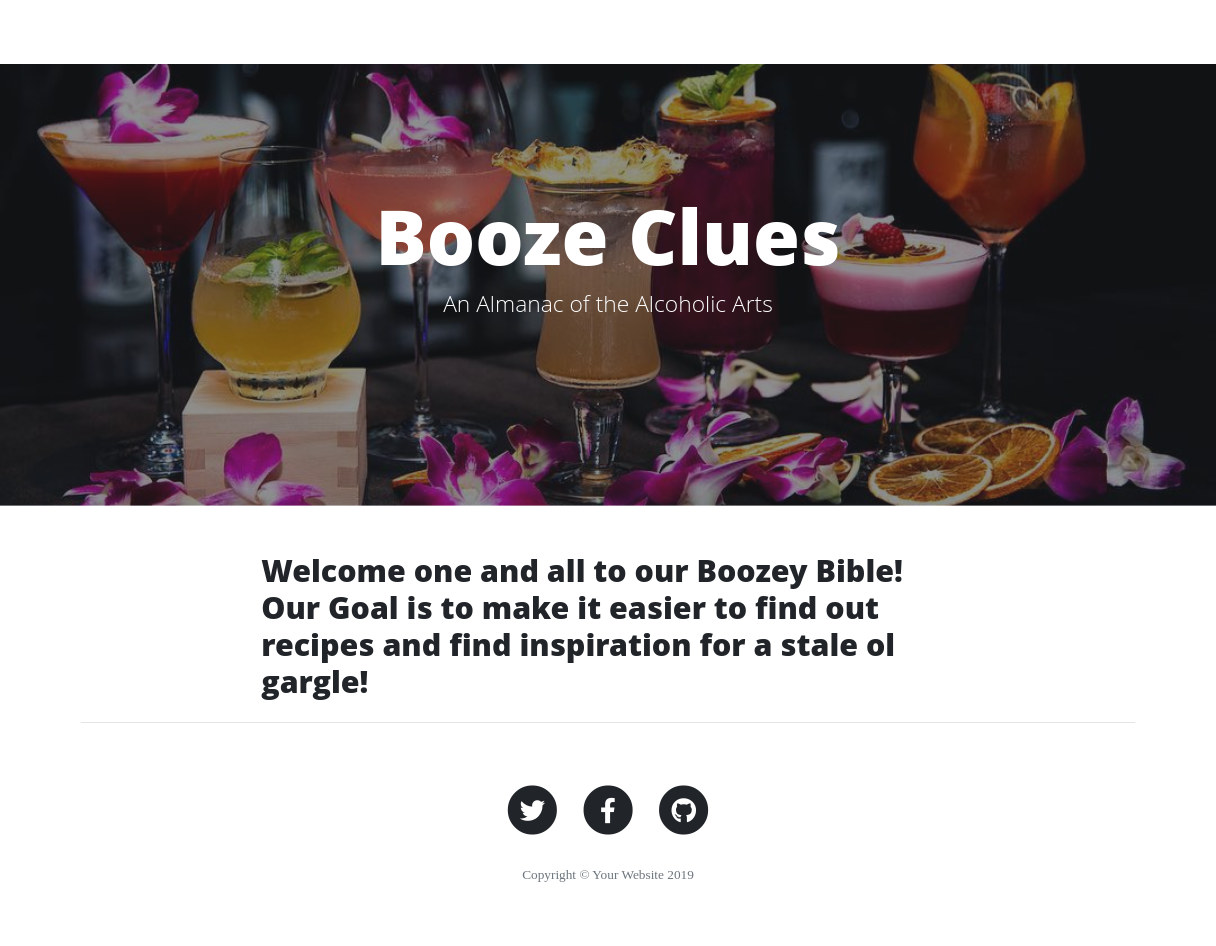
Repository: LiamB123/Booze-Clues
Page: http://localhost/
The author's editor kept a record of every edit. The page is drawn from the files as they stood at one moment, then again after the next edit.
The browser window is 1280 px wide. The pictures show the whole page, at 95% of full size.
Some web fonts or font styles are not loaded; a fallback is used. The page is served by the project's application, run on Flask 3 (app.py). Other server files are loaded and not shown.

Above is the page before.

### templates/home.html
{% extends "base.html" %}
{% block content %}
<div>
    Welcome one and all to our Boozey Bible!
    Our Goal is to make it easier to find out recipes and find inspiration for a stale ol gargle!
</div>


{% endblock %}

### templates/base.html
<!DOCTYPE html>
<html lang="en">

<head>
  <meta charset="UTF-8">
  <meta name="viewport" content="width=device-width, initial-scale=1.0">
  <meta http-equiv="X-UA-Compatible" content="ie=edge">
  <title> Booze Clues </title>

  <!-- Bootstrap core CSS -->
  <link href="{{url_for('static', filename='vendor/bootstrap/css/bootstrap.min.css')}}" rel="stylesheet">

  <!-- Custom fonts for this template -->
  <link rel="stylesheet" href="{{url_for('static', filename='css/style.css')}}" type="text/css" />
  <link href="{{url_for('static', filename='vendor/fontawesome-free/css/all.min.css')}}" rel="stylesheet" type="text/css">
  <link href="{{url_for('static', filename='https://fonts.googleapis.com/css?family=Lora:400,700,400italic,700italic')}}" rel='stylesheet' type='text/css'>
  <link href="{{url_for('static',filename='https://fonts.googleapis.com/css?family=Open+Sans:300italic,400italic,600italic,700italic,800italic,400,300,600,700,800')}}" rel='stylesheet' type='text/css'>

  <!-- Custom styles for this template -->
  <link href="{{url_for('static', filename='css/clean-blog.min.css') }}" rel="stylesheet">

  <body>


    <!-- Navigation -->
    <nav class="navbar navbar-expand-lg navbar-light fixed-top" id="mainNav">
      <div class="container">
        <a class="navbar-brand" href="{{url_for('home')}}"><i class="fas fa-cocktail"></i><i class="fas fa-search"></i></a>
        <button class="navbar-toggler navbar-toggler-right" type="button" data-toggle="collapse" data-target="#navbarResponsive" aria-controls="navbarResponsive" aria-expanded="false" aria-label="Toggle navigation">
        Menu
        <i class="fas fa-bars"></i>
      </button>
        <div class="collapse navbar-collapse" id="navbarResponsive">
          <ul class="navbar-nav ml-auto">
            <li class="nav-item">
              <a class="nav-link" href="{{url_for('home')}}">Home</a>
            </li>
            <li class="nav-item">
              <a class="nav-link" href="{{url_for('about')}}">About Us </a>
            </li>
            <li class="nav-item">
              <a class="nav-link" href="{{url_for('get_recipes')}}">Recipes!</a>
            </li>
            <li class="nav-item">
              <a class="nav-link" href="{{url_for('add_recipe')}}">Add to the collection!</a>
            </li>
          </ul>
        </div>
      </div>
    </nav>

    <!-- Page Header -->
    <header class="masthead"  style="background-image: url('static/img/Cocktail_Header.jpg')">
      <div class="overlay"></div>
      <div class="container">
        <div class="row">
          <div class="col-lg-8 col-md-10 mx-auto">
            <div class="site-heading">
              <h1>Booze Clues</h1>
              <span class="subheading">An Almanac of the Alcoholic Arts</span>
            </div>
          </div>
        </div>
      </div>
    </header>

    <!-- Main Content -->
    <div class="container">
      <div class="row">
        <div class="col-lg-8 col-md-10 mx-auto">
          <div class="post-preview">

              <h2 class="post-title">

                {% block content %} {% endblock %}


                <!-- Pager -->

          </div>
        </div>
      </div>

      <hr>

      <!-- Footer -->
      <footer>
        <div class="container">
          <div class="row">
            <div class="col-lg-4 col-md-4 mx-auto">
              <ul class="list-inline text-center">
                <li class="list-inline-item">
                  <a href="#">
                <span class="fa-stack fa-lg">
                  <i class="fas fa-circle fa-stack-2x"></i>
                  <i class="fab fa-twitter fa-stack-1x fa-inverse"></i>
                </span>
              </a>
                </li>
                <li class="list-inline-item">
                  <a href="#">
                <span class="fa-stack fa-lg">
                  <i class="fas fa-circle fa-stack-2x"></i>
                  <i class="fab fa-facebook-f fa-stack-1x fa-inverse"></i>
                </span>
              </a>
                </li>
                <li class="list-inline-item">
                  <a href="#">
                <span class="fa-stack fa-lg">
                  <i class="fas fa-circle fa-stack-2x"></i>
                  <i class="fab fa-github fa-stack-1x fa-inverse"></i>
                </span>
              </a>
                </li>
              </ul>
              <p class="copyright text-muted">Copyright &copy; Your Website 2019</p>
            </div>
          </div>
        </div>
      </footer>


    </div>



    <!-- Bootstrap core JavaScript -->
    <script src="{{url_for('static', filename='vendor/jquery/jquery.min.js' ) }}"></script>
    <script src="{{url_for('static', filename='vendor/bootstrap/js/bootstrap.bundle.min.js' ) }}"></script>


    <!-- Custom scripts for this template -->
    <script src="{{url_for('static', filename='js/clean-blog.min.js' ) }}"></script>
  </body>

</html>

### app.py
import os
from flask import Flask, render_template , redirect , request , url_for
from flask_pymongo import PyMongo
from bson.objectid import ObjectId


app = Flask(__name__)

app.config["MONGO_DBNAME"] = 'drinks'
app.config["MONGO_URI"] = os.environ.get('MONGO_URI')

mongo = PyMongo(app)


@app.route('/')

@app.route('/home')
def home():
    return render_template("home.html")


@app.route('/get_recipes')
def get_recipes():
    return render_template("recipes.html", drinks_list=mongo.db.drinks_list.find())


@app.route('/add_recipe')
def add_recipe():
    return render_template('add_recipe.html', spirits=mongo.db.spirits.find())

@app.route('/insert_recipe')
def insert_recipe():
    drinks_list=mogno.db.drinks_list
    drinks_list.insert_one(request.form.to.dict())
    return redirect(url_for('get_recipes'))

@app.route('/about')
def about():
    return render_template('about.html')


if __name__ == '__main__':
    app.run(host=os.environ.get('IP'),
            port=int(os.environ.get('PORT')),
            debug=True)

### static/css/style.css
.grey{
    background-color: #fafafa
}

Loaded but not shown: static/css/clean-blog.min.css (library); static/js/clean-blog.min.js (common file)

After the next edit:
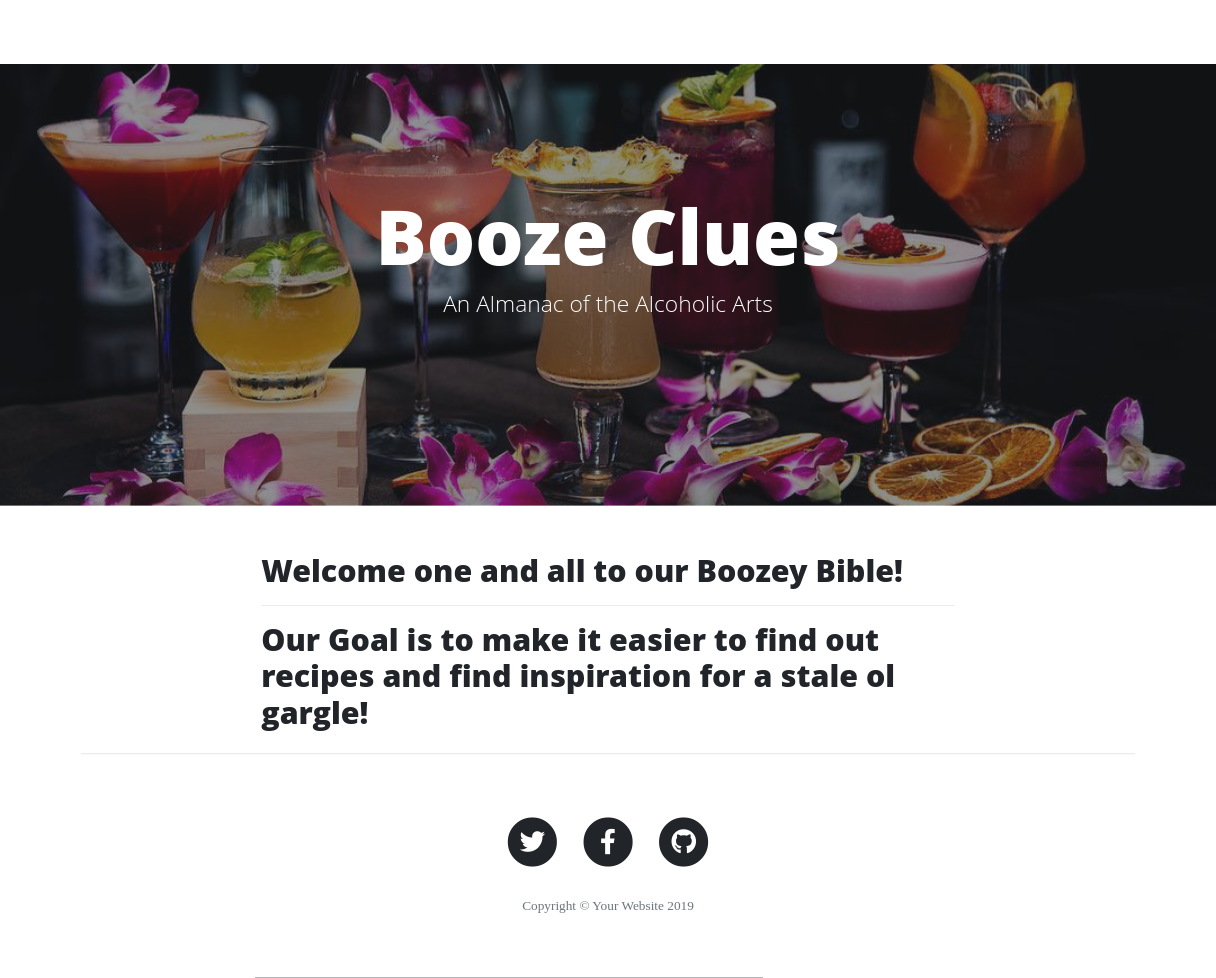
The edit:
--- a/templates/home.html
+++ b/templates/home.html
@@ -1,7 +1,7 @@
 {% extends "base.html" %}
 {% block content %}
 <div>
-    Welcome one and all to our Boozey Bible!
+    Welcome one and all to our Boozey Bible!<hr>
     Our Goal is to make it easier to find out recipes and find inspiration for a stale ol gargle!
 </div>
 
